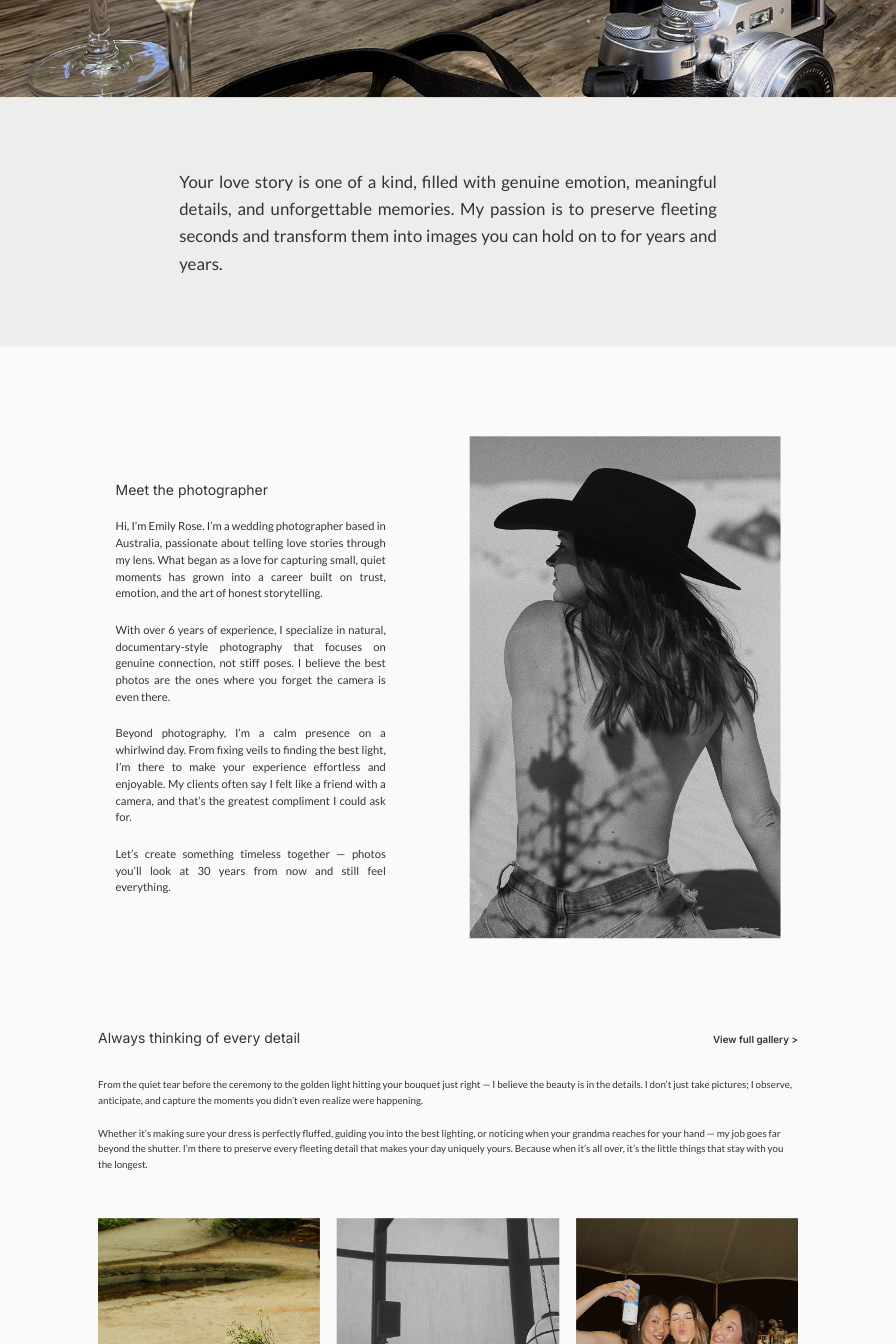
Repository: eduarda-magnago/wt-photography
Page: /
The author's editor kept a copy of each file at every save. The page is drawn from the files as they stood at one save, then again after the next save.
The browser window is 1280 px wide. The pictures show the part of the page from y = 576 to 2496 px (the page is 3799 px tall before and 3760 px after), at 70% of full size.
Some web fonts or font styles are not loaded; a fallback is used. The project was rebuilt for these pictures with package versions that can differ from the ones it lists, and the page was loaded fresh each time. The framework's server and built-in components were replaced by stand-ins that run in the browser. Also part of the build but not shown: next.config.ts.

Above is the page before, as saved 2026-10-19 13:26:01.

### app/layout.tsx
import type { Metadata } from "next";
import { Inter, Lato, Cormorant_SC } from "next/font/google";
import Header from "@/components/layout/header";
import Footer from "@/components/layout/footer";
import "./globals.css";

const inter = Inter({
  subsets: ["latin"],
  variable: "--font-inter",
});

const lato = Lato({
  subsets: ["latin"],
  weight: ["300", "400", "700"],
  variable: "--font-lato",
});

const cormorant = Cormorant_SC({
  subsets: ["latin"],
  weight: ["300", "400", "500"],
  variable: "--font-cormorant",
});

export const metadata: Metadata = {
  title: "Timeless Wedding Photography",
  description: "Timeless wedding photography",
};

export default function RootLayout({
  children,
}: {
  children: React.ReactNode;
}) {
  return (
    <html
      lang="en"
      className={`${inter.variable} ${lato.variable} ${cormorant.variable}`}
    >
      <body className="font-sans antialiased">
        <Header />
        <main>{children}</main>
        <Footer />
      </body>
    </html>
  );
}

### app/page.tsx
import Hero from "@/components/hero";
import Intro from "@/components/home/intro";
import About from "@/components/home/about";
import Details from "@/components/home/details";
import Testimonials from "@/components/home/testimonials";
import Reveal from "@/components/reveal";

export default function Home() {
  return (
    <>
      <Hero
        eyebrow="Timeless Wedding Photography"
        title="Capturing the essence of your treasured moments"
        image="/img/hero-bg.jpg"
      />
      <Reveal>
        <Intro />
      </Reveal>
      <Reveal>
        <About />
      </Reveal>
      <Reveal>
        <Details />
      </Reveal>
      <Reveal>
      <Testimonials />
      </Reveal>
    </>
  );
}

### components/layout/header.tsx
"use client";

import { useState } from "react";
import Image from "next/image";
import Link from "next/link";

const navLinks = [
  { label: "Home", href: "/" },
  { label: "About me", href: "/#about" },
  { label: "Gallery", href: "/#gallery" },
  { label: "Testimonials", href: "/#testimonials" },
  { label: "Contact Us", href: "/contact#contact-form" },
];

export default function Header() {
  const [open, setOpen] = useState(false);

  return (
    <header className="absolute inset-x-0 top-0 z-30">
      <div className="flex items-start justify-between px-6 py-8 md:px-14">
        <ul className="flex items-center gap-3">
          <li>
            <a
              href="#"
              aria-label="Instagram"
              className="relative block h-[19px] w-[18px] transition-opacity hover:opacity-70"
            >
              <Image
                src="/img/instagram.png"
                alt=""
                fill
                sizes="18px"
                className="object-contain"
              />
            </a>
          </li>
          <li>
            <a
              href="#"
              aria-label="Facebook"
              className="relative block h-[18px] w-[18px] transition-opacity hover:opacity-70"
            >
              <Image
                src="/img/facebook.png"
                alt=""
                fill
                sizes="18px"
                className="object-contain"
              />
            </a>
          </li>
          <li>
            <a
              href="#"
              aria-label="YouTube"
              className="relative block h-[18px] w-[18px] transition-opacity hover:opacity-70"
            >
              <Image
                src="/img/youtube.png"
                alt=""
                fill
                sizes="18px"
                className="object-contain"
              />
            </a>
          </li>
          <li>
            <a
              href="#"
              aria-label="LinkedIn"
              className="relative block h-[18px] w-[18px] transition-opacity hover:opacity-70"
            >
              <Image
                src="/img/linkedin.png"
                alt=""
                fill
                sizes="18px"
                className="object-contain"
              />
            </a>
          </li>
        </ul>

        <button
          type="button"
          onClick={() => setOpen(true)}
          aria-label="Open menu"
          className="relative block h-6 w-9 transition-opacity hover:opacity-70"
        >
          <Image
            src="/img/menu.png"
            alt=""
            fill
            sizes="36px"
            className="object-contain"
          />
        </button>
      </div>

      {open && (
        <div className="fixed inset-0 z-40 flex items-center justify-center bg-ink/95">
          <button
            type="button"
            onClick={() => setOpen(false)}
            aria-label="Close menu"
            className="absolute right-6 top-8 text-3xl text-white md:right-14"
          >
            ✕
          </button>
          <nav>
            <ul className="flex flex-col items-center gap-8">
              {navLinks.map((link) => (
                <li key={link.label}>
                  <Link
                    href={link.href}
                    onClick={() => setOpen(false)}
                    className="font-heading text-2xl text-white"
                  >
                    {link.label}
                  </Link>
                </li>
              ))}
            </ul>
          </nav>
        </div>
      )}
    </header>
  );
}

### app/globals.css
@import "tailwindcss";

@theme inline {
  --font-sans: var(--font-lato);
  --font-heading: var(--font-inter);
  --font-hero: var(--font-cormorant);

  --color-ink: #333333;
  --color-sand: #ededeb;
  --color-paper: #fafafa;
  --color-blush: #f4e6dc;
}

html {
  scroll-behavior: smooth;
}

body {
  background: var(--color-paper);
  color: var(--color-ink);
}

### components/hero.tsx
import Image from "next/image";
import Link from "next/link";

type HeroProps = {
  eyebrow: string;
  title: string;
  image: string;
  ctaLabel?: string;
  ctaHref?: string;
};

export default function Hero({
  eyebrow,
  title,
  image,
  ctaLabel = "Explore our gallery",
  ctaHref = "/#gallery",
}: HeroProps) {
  return (
    <section className="relative flex h-[70vh] min-h-[715px] items-center justify-center overflow-hidden">
      <Image
        src="/img/hero.png"
        alt=""
        fill
        priority
        sizes="100vw"
        className="object-cover"
      />
      <div className="absolute inset-0 bg-black/5" />
      <div className="relative z-10 flex max-w-3xl flex-col items-center px-6 text-center text-white">
        <p className="mb-4 text-sm">{eyebrow}</p>
        <h1 className="font-hero text-5xl capitalize leading-[0.7] md:text-7xl">
          {title}
        </h1>
        <Link
          href={ctaHref}
          className="mt-8 border-b border-white pb-1 text-xs uppercase tracking-wider"
        >
          {ctaLabel}
        </Link>
      </div>
    </section>
  );
}

### components/home/intro.tsx
export default function Intro() {
  return (
    <section className="bg-sand px-6 py-22 md:py-25">
      <p className="mx-auto max-w-3xl text-justify text-xl leading-relaxed md:text-2xl">
        Your love story is one of a kind, filled with genuine emotion, meaningful details, and unforgettable memories. My passion is to preserve fleeting seconds and transform them into images you can hold on to for years and years.
      </p>
    </section>
  );
}

### components/home/about.tsx
import Image from "next/image";

export default function About() {
  return (
    <section id="about" className="bg-paper px-6 py-24 md:px-14 md:py-32">
      <div className="mx-auto grid max-w-[950px] items-center gap-12 md:grid-cols-[435fr_500fr] md:gap-x-12 xl:gap-x-[120px]">
        <div>
          <h2 className="font-heading text-[20px]">Meet the photographer</h2>

          <div className="mt-6 space-y-7 text-justify text-base leading-6">
            <p>
              Hi, I’m Emily Rose. I’m a wedding photographer based in
              Australia, passionate about telling love stories through my
              lens. What began as a love for capturing small, quiet moments has
              grown into a career built on trust, emotion, and the art of
              honest storytelling.
            </p>
            <p>
              With over 6 years of experience, I specialize in natural,
              documentary-style photography that focuses on genuine connection, not stiff poses. I believe the best photos are the ones where
              you forget the camera is even there.
            </p>
            <p>
              Beyond photography, I’m a calm presence on a whirlwind day. From
              fixing veils to finding the best light, I’m there to make your
              experience effortless and enjoyable. My clients often say I felt
              like a friend with a camera, and that’s the greatest compliment
              I could ask for.
            </p>
            <p>
              Let’s create something timeless together — photos you’ll look at
              30 years from now and still feel everything.
            </p>
          </div>
        </div>

        <div className="relative aspect-[619/855] w-full md:aspect-[619/1000]">
          <Image
            src="/img/about.png"
            alt="Wedding photographer picture"
            fill
            sizes="(min-width: 1280px) 500px, (min-width: 768px) 50vw, 100vw"
            className="object-cover"
          />
        </div>
      </div>
    </section>
  );
}

### components/home/details.tsx
import Image from "next/image";
import Link from "next/link";

const photos = [
  { src: "/img/detail1.png", alt: "Bouquet resting on a golden ornament" },
  { src: "/img/detail2.png", alt: "Couple dancing by a large window" },
  { src: "/img/detail3.png", alt: "Bridesmaids laughing together" },
];

export default function Details() {
  return (
    <section id="gallery" className="bg-paper px-6 pb-24 md:px-14 md:pb-32">
      <div className="mx-auto max-w-[1000px]">
        <div className="flex items-baseline justify-between">
          <h2 className="font-heading text-[20px]">
            Always thinking of every detail
          </h2>
          <Link href="/#gallery" className="font-heading text-sm font-semibold">
            View full gallery &gt;
          </Link>
        </div>

        <div className="mt-10 space-y-6 text-sm leading-relaxed">
          <p>
            From the quiet tear before the ceremony to the golden light hitting
            your bouquet just right — I believe the beauty is in the details. I
            don’t just take pictures; I observe, anticipate, and capture the
            moments you didn’t even realize were happening.
          </p>
          <p>
            Whether it’s making sure your dress is perfectly fluffed, guiding
            you into the best lighting, or noticing when your grandma reaches
            for your hand — my job goes far beyond the shutter. I’m there to
            preserve every fleeting detail that makes your day uniquely yours.
            Because when it’s all over, it’s the little things that stay with
            you the longest.
          </p>
        </div>

        <div className="mt-16 grid gap-6 md:grid-cols-3">
          {photos.map((photo) => (
            <div key={photo.src} className="relative aspect-[3/4]">
              <Image
                src={photo.src}
                alt={photo.alt}
                fill
                sizes="(min-width: 768px) 33vw, 100vw"
                className="object-cover"
              />
            </div>
          ))}
        </div>
      </div>
    </section>
  );
}

### components/home/testimonials.tsx
"use client";

import { useState } from "react";
import Image from "next/image";

const testimonials = [
  {
    name: "Anna C.",
    image: "/img/testimonial.png",
    quote:
      "I had an amazing experience hiring WT for my wedding. Emily is super kind and I always felt I could trust her work 100%. When I received the pictures I was even more impressed than I imagined, really good quality! No regrets.",
  },
];

export default function Testimonials() {
  const [index, setIndex] = useState(0);
  const current = testimonials[index];

  function next() {
    setIndex((prev) => (prev + 1) % testimonials.length);
  }

  return (
    <section id="testimonials" className="bg-sand px-6 py-20 md:px-14">
      <div className="mx-auto grid max-w-5xl items-center gap-10 md:grid-cols-[auto_1fr] md:gap-16">
        <div className="relative h-48 w-48 overflow-hidden rounded-full md:h-56 md:w-56">
          <Image
            src={current.image}
            alt={current.name}
            fill
            sizes="224px"
            className="object-cover"
          />
        </div>

        <div>
          <h3 className="font-heading text-xl">{current.name}</h3>
          <blockquote className="mt-4 text-justify text-lg leading-relaxed">
            “{current.quote}”
          </blockquote>
          <button
            type="button"
            onClick={next}
            className="font-heading mt-8 ml-auto block text-sm font-semibold"
          >
            {index + 1}/{testimonials.length} &gt;
          </button>
        </div>
      </div>
    </section>
  );
}

### components/reveal.tsx
"use client";

import { useEffect, useRef, useState, type ReactNode } from "react";

type RevealProps = {
  children: ReactNode;
  className?: string;
  delay?: number;
};

export default function Reveal({
  children,
  className = "",
  delay = 0,
}: RevealProps) {
  const ref = useRef<HTMLDivElement>(null);
  const [visible, setVisible] = useState(false);

  useEffect(() => {
    const el = ref.current;
    if (!el) return;

    const observer = new IntersectionObserver(
      ([entry]) => {
        setVisible(entry.isIntersecting);
      },
      { threshold: 0.15, rootMargin: "0px 0px -5% 0px" }
    );

    observer.observe(el);
    return () => observer.disconnect();
  }, []);

  return (
    <div
      ref={ref}
      style={{ transitionDelay: `${delay}ms` }}
      className={`transition-all duration-700 ease-out motion-reduce:transition-none ${
        visible ? "translate-y-0 opacity-100" : "translate-y-8 opacity-0"
      } ${className}`}
    >
      {children}
    </div>
  );
}

Loaded but not shown: components/layout/footer.tsx (138 lines, source omitted)

After the next save:
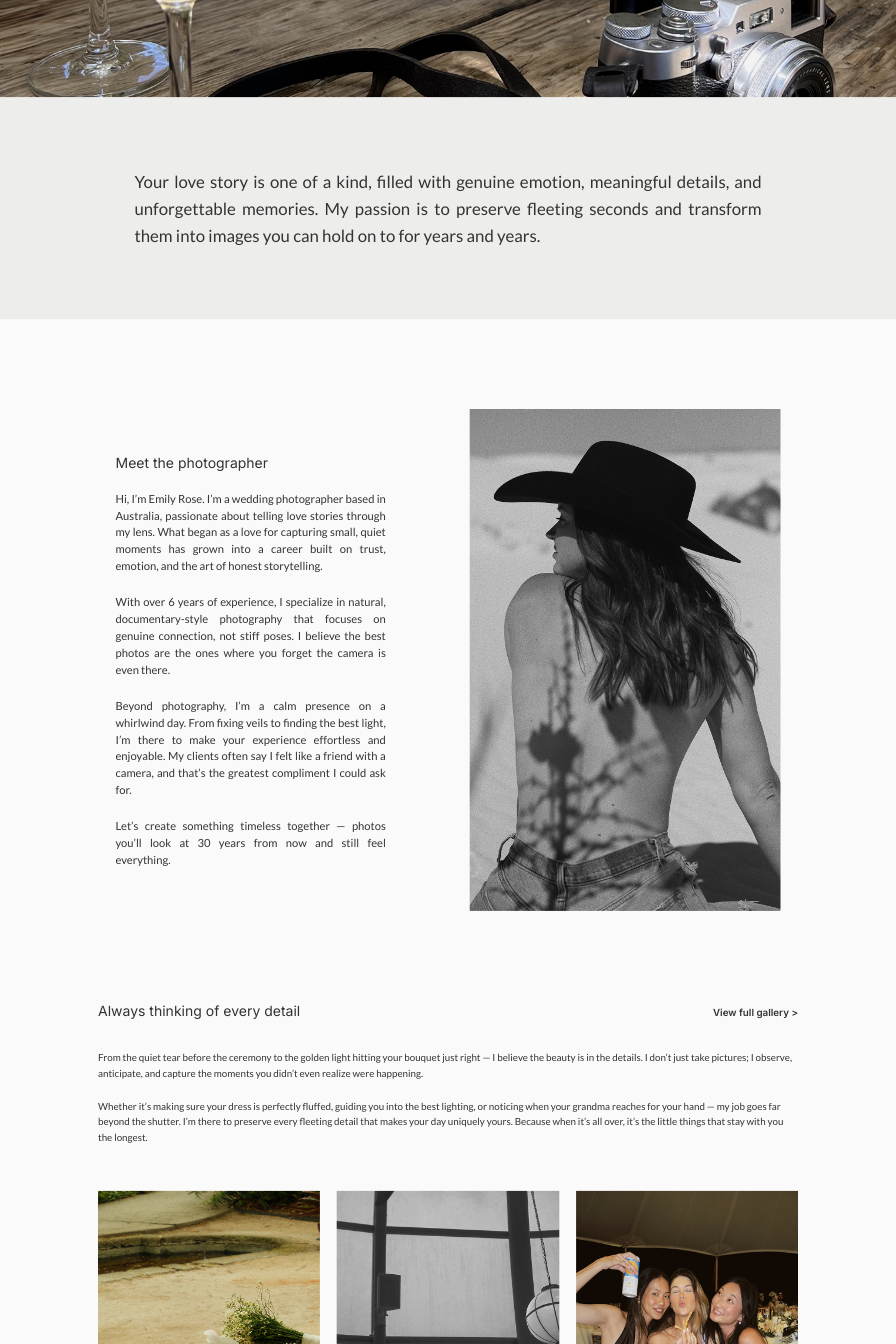
Saved 5 s later.
--- a/components/home/intro.tsx
+++ b/components/home/intro.tsx
@@ -1,7 +1,7 @@
 export default function Intro() {
   return (
     <section className="bg-sand px-6 py-22 md:py-25">
-      <p className="mx-auto max-w-3xl text-justify text-xl leading-relaxed md:text-2xl">
+      <p className="mx-auto max-w-4xl text-justify text-xl leading-relaxed md:text-2xl">
         Your love story is one of a kind, filled with genuine emotion, meaningful details, and unforgettable memories. My passion is to preserve fleeting seconds and transform them into images you can hold on to for years and years.
       </p>
     </section>

After the save that followed:
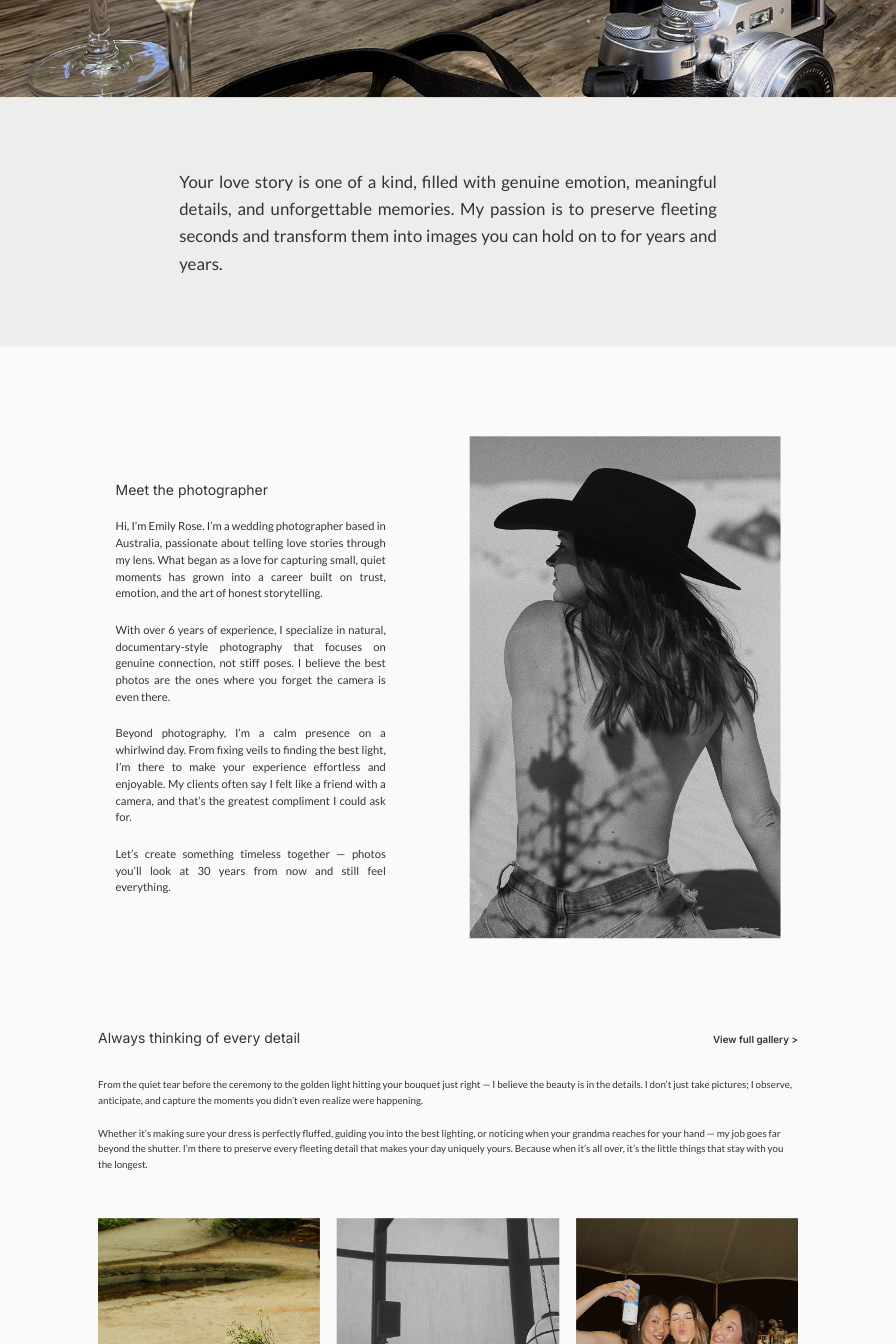
Saved 14 s later.
--- a/components/home/intro.tsx
+++ b/components/home/intro.tsx
@@ -1,7 +1,7 @@
 export default function Intro() {
   return (
     <section className="bg-sand px-6 py-22 md:py-25">
-      <p className="mx-auto max-w-4xl text-justify text-xl leading-relaxed md:text-2xl">
+      <p className="mx-auto max-w-3xl text-justify text-xl leading-relaxed md:text-2xl">
         Your love story is one of a kind, filled with genuine emotion, meaningful details, and unforgettable memories. My passion is to preserve fleeting seconds and transform them into images you can hold on to for years and years.
       </p>
     </section>
